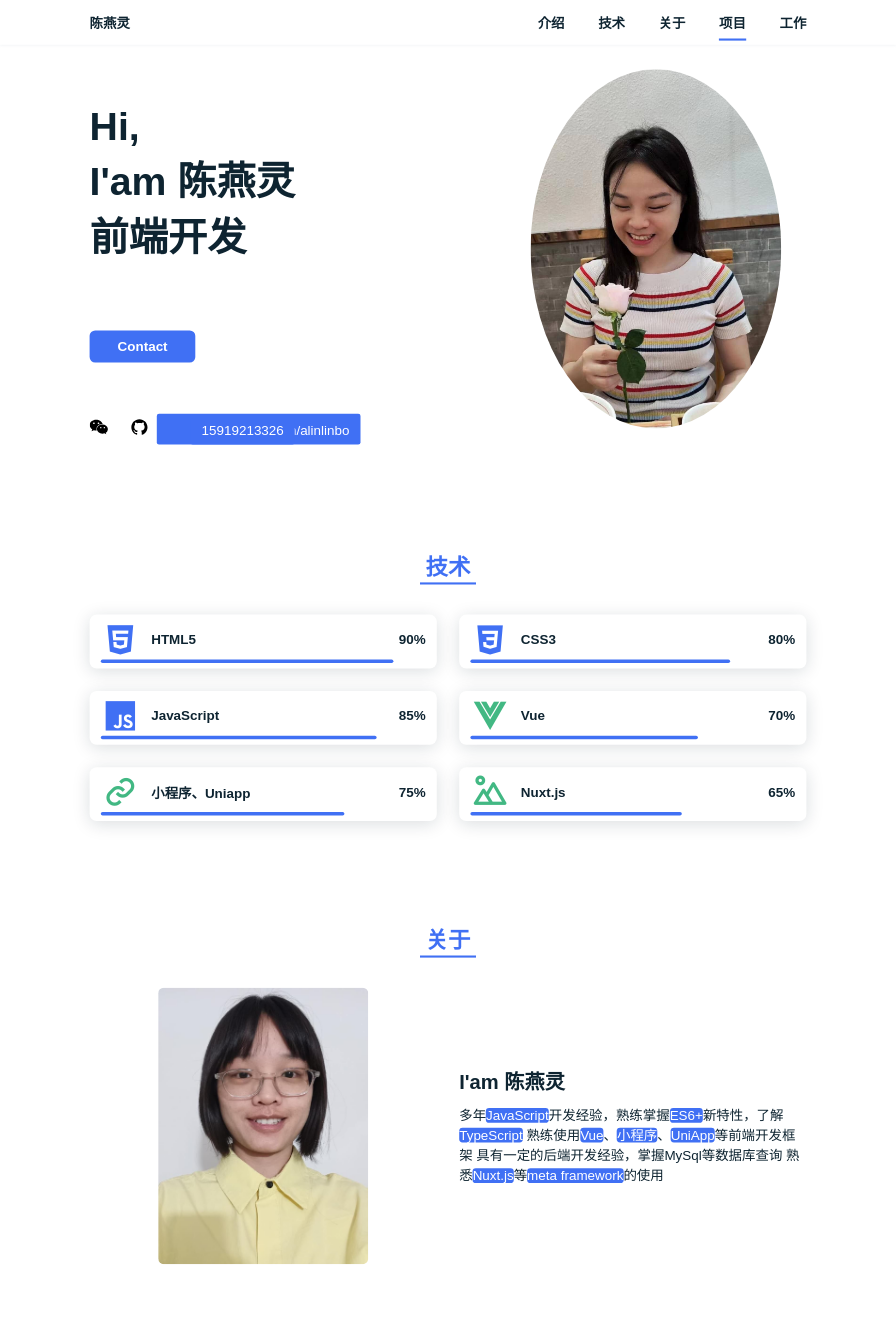
Repository: alinlinbo/yanling-resume-site
Page: index.html
These files come from the project's save history. The page is drawn as it stood at one moment and after the next save; the edit follows.
The browser window is 1280 px wide. The pictures show the part of the page from y = 0 to 1920 px (the page is 3770 px tall), at 70% of full size.

Above is the page before, as saved 2023-09-18 19:45:51.

### index.html
<!DOCTYPE html>
<html lang="en">

<head>
    <meta charset="UTF-8">
    <meta name="viewport" content="width=device-width, initial-scale=1.0">

    <link rel="stylesheet" href="assets/css/style.css">
    <link href='https://unpkg.com/boxicons@2.1.4/css/boxicons.min.css' rel='stylesheet'>
    <link rel="stylesheet" href="https://cdnjs.cloudflare.com/ajax/libs/font-awesome/5.15.4/css/all.min.css" />
    <title>陈燕灵简历网站</title>

</head>

<body>
    <!-- header -->

    <header class="l-header">
        <nav class="nav bd-grid">
            <div>
                <a href="#" class="nav__logo">陈燕灵</a>
            </div>

            <div class="nav__menu" id="nav-menu">
                <ul class="nav__list">
                    <li class="nav__item">
                        <a href="#home" class="nav__link active">介绍</a>
                    </li>
                    <li class="nav__item">
                        <a href="#skills" class="nav__link">技术</a>
                    </li>
                    <li class="nav__item">
                        <a href="#about" class="nav__link">关于</a>
                    </li>
                    <li class="nav__item">
                        <a href="#project" class="nav__link">项目</a>
                    </li>
                    <li class="nav__item">
                        <a href="#work" class="nav__link">工作</a>
                    </li>

                    <!-- <li class="nav__item">
                        <a href="#contact" class="nav__link">Contact</a>
                    </li> -->
                </ul>
            </div>
            <div class="nav__toggle" id="nav-toggle">
                <svg class="icon svg-icon" aria-hidden="true">
                    <use xlink:href="#icon-list"></use>
                </svg>
            </div>
        </nav>
    </header>

    <main class="l-main">
        <!-- hrme -->
        <section class="home section bd-grid" id="home">
            <div class="home__data">
                <h1 class="home__title">
                    Hi,<br>I'am <span class="home__title-color">陈燕灵</span><br> 前端开发
                </h1>
                <h1 class="phone">电话：15919213326</h1>
                <a href="#" style="position: relative; z-index: 10;" class="button" id="contact">Contact</a>
            </div>
            <div class="home__social">
                <a href="#" class="home__social-icon" id="wechat">
                    <svg class="svg-icon-home icon" aria-hidden="true">
                        <use xlink:href="#icon-weixin"></use>
                    </svg>
                </a>

                <a href="#" class="home__social-icon">
                    <svg class="svg-icon-home icon" aria-hidden="true">
                        <use xlink:href="#icon-github-fill"></use>
                    </svg>
                    <div class=" home__git">
                        <a href="https://github.com/alinlinbo">https://github.com/alinlinbo</a>
                    </div>
                </a>
                <a href="#" class="home__social-icon">
                    <svg class="svg-icon-home svg-icon icon" aria-hidden="true">
                        <use xlink:href="#icon-phone"></use>
                    </svg>
                    <div class=" home__phone">
                        <div>15919213326</div>
                    </div>
                </a>
                <div class=" home__code">
                    <img src="assets/img/wechat_code.png" alt="">
                </div>


            </div>

            <div class="home__img">
                <img class="home__img" src="assets/img/head1.jpg" alt="">
            </div>
        </section>

        <section class="skills section" id="skills">
            <h2 class="section-title">技术</h2>

            <div class="project__container bd-grid">
                <div class="skills__data">
                    <div class="skills__item">
                        <div class="skill__introduce">
                            <div class="skills__intr__r">
                                <i class='bx bxl-html5 skills__icon'></i><span>HTML5</span>
                            </div>

                            <div class="skills__bar">90%</div>
                        </div>

                        <div class="skills__line skills__line90"></div>
                    </div>
                </div>
                <div class="skills__data">
                    <div class="skills__item">
                        <div class="skill__introduce">
                            <div class="skills__intr__r">
                                <i class='bx bxl-css3 skills__icon'></i><span>CSS3</span>
                            </div>

                            <div class="skills__bar">80%</div>
                        </div>

                        <div class="skills__line80 skills__line"></div>
                    </div>
                </div>
                <div class="skills__data">
                    <div class="skills__item">
                        <div class="skill__introduce">
                            <div class="skills__intr__r">
                                <i class='bx bxl-javascript skills__icon'></i><span>JavaScript</span>
                            </div>

                            <div class="skills__bar">85%</div>
                        </div>

                        <div class="skills__line85 skills__line"></div>
                    </div>
                </div>
                <div class="skills__data">
                    <div class="skills__item">
                        <div class="skill__introduce">
                            <div class="skills__intr__r">
                                <i class='bx bxl-vuejs skills__icon color-vue'></i><span>Vue</span>
                            </div>

                            <div class="skills__bar">70%</div>
                        </div>

                        <div class="skills__line70 skills__line"></div>
                    </div>
                </div>
                <div class="skills__data">
                    <div class="skills__item">
                        <div class="skill__introduce">
                            <div class="skills__intr__r">
                                <i class='bx bx-link skills__icon color-vue'></i><span>小程序、Uniapp</span>
                            </div>

                            <div class="skills__bar">75%</div>
                        </div>

                        <div class=" skills__line skills__line75"></div>
                    </div>
                </div>
                <div class="skills__data">
                    <div class="skills__item">
                        <div class="skill__introduce">
                            <div class="skills__intr__r">
                                <i class='bx bx-landscape skills__icon color-vue'></i><span>Nuxt.js</span>
                            </div>

                            <div class="skills__bar">65%</div>
                        </div>

                        <div class=" skills__line skills__line65"></div>
                    </div>
                </div>
            </div>
        </section>
        <section class="about section" id="about">
            <h2 class="section-title">关于</h2>
            <div class="about__container bd-grid">
                <div class="about__img">
                    <img src="assets/img/about.jpg" alt="">
                </div>
                <div>
                    <h2 class="about__subtitle">I'am 陈燕灵</h2>
                    <p class="about__text">
                        多年<span>JavaScript</span>开发经验，熟练掌握<span>ES6+</span>新特性，了解<span>TypeScript</span>
                        熟练使用<span>Vue</span>、<span>小程序</span>、<span>UniApp</span>等前端开发框架
                        具有一定的后端开发经验，掌握<soan>MySql</soan>等数据库查询
                        熟悉<span>Nuxt.js</span>等<span>meta framework</span>的使用</p>
                </div>
        </section>

        <section class="project section" id="project">
            <h2 class="section-title">项目</h2>
            <div class="project__container bd-grid">
                <div class="project__data">
                    <div class="project__item">
                        <h2 class="project__subtitle">个人线上简历</h2>
                        <span class="project__text">使用Css和JavaScript开发的个人线上简历，利用媒体查询和Rem特性同时适配了PC端和移动端，且实现了一些动画</span>
                    </div>
                </div>
                <div class="project__data">
                    <div class="project__item">
                        <h2 class="project__subtitle">润通联合云管家</h2>
                        <span
                            class="project__text">基于uniapp框架开发的微信小程序的缴费小程序。实现了缴费、房屋管理、报修管理等模块的页面、接口对接以及交互。以及axios封装和导航栏等公用组件的封装。</span>
                    </div>
                </div>
                <div class="project__data">
                    <div class="project__item">
                        <h2 class="project__subtitle">寺院后台管理系统</h2>
                        <span
                            class="project__text">使用jq，bootstrap和vue开发的寺院后台管理系统，实现了文章管理，用户管理,项目管理等模块前端页面的编写与接口的对接，在项目中对ajax请求进行封装，为接口调用添加了拦截器和loading动画，有效减少代码量并提高开发效率</span>
                    </div>
                </div>
                <div class="project__data">
                    <div class="project__item">
                        <h2 class="project__subtitle">寺院公众号项目</h2>
                        <span
                            class="project__text">使用jq开发的微信公众号微站，实现了首页，详情页，我的页面等的接口对接及样式修改，针对业务场景封装底部及顶部导航栏、头部返回等公用组件，提高代码复用</span>
                    </div>
                </div>
                <div class="project__data">
                    <div class="project__item">
                        <h2 class="project__subtitle">1983抽盒机</h2>
                        <span
                            class="project__text">基于原生微信小程序、支付宝小程序商城，项目使用小程序自带的组件，完成了优惠券红包领取、活动页主页、海报分享、抽盲盒等模块的接口对接及样式修改</span>
                    </div>
                </div>
                <div class="project__data">
                    <div class="project__item">
                        <h2 class="project__subtitle">新八佰伴等商城小程序</h2>
                        <span
                            class="project__text">基于uni-app框架开发的微信小程序商城，项目使用uview组件和uni-app自带的组件，完成了购物、详情、提交订单等模块的接口对接及样式修改</span>
                    </div>
                </div>
                <div class="project__data">
                    <div class="project__item">
                        <h2 class="project__subtitle">系统中台</h2>
                        <span class="project__text">基于vue框架，使用ant design组件开发的业务中台,完成商家参数、进口报关模块的交互与接口对接</span>
                    </div>
                </div>
                <div class="project__data">
                    <div class="project__item">
                        <h2 class="project__subtitle">商城管理后台</h2>
                        <span
                            class="project__text">使用vue框架和element-ui开发的商城管理后台，实现了优惠券、文章管理、会员管理等模块部分接口对接与前端小程序页面的编写</span>
                    </div>
                </div>
        </section>

        <section class="work section" id="work">
            <h2 class="section-title">工作</h2>
            <div class="work__container bd-grid">

                <div class="work__data">
                    <div class="work__name">
                        <i class='bx bx-buildings work__icon'></i>
                        <span class="work__name">珠海齐润科技有限公司</span>
                    </div>
                    <div class="work__name">
                        <i class='bx bxs-briefcase-alt-2 work__icon'></i>
                        <span class="work__name">负责使用 Uniapp 开发小程序，以及使用 Vue 开发后台项目。</span>
                    </div>
                    <div class="work__name">
                        <i class='bx bx-time-five work__icon'></i>
                        <span class="work__name">2022-08~2022-01</span>
                    </div>
                </div>
                <div class="work__data">
                    <div class="work__name">
                        <i class='bx bx-buildings work__icon'></i>
                        <span class="work__name">珠海唐佛科技有限公司</span>
                    </div>
                    <div class="work__name">
                        <i class='bx bxs-briefcase-alt-2 work__icon'></i>
                        <span class="work__name">负责使用vue和jquery开发微信公众号、微站和后台管理。</span>
                    </div>
                    <div class="work__name">
                        <i class='bx bx-time-five work__icon'></i>
                        <span class="work__name">2021-03~2022-07</span>
                    </div>
                </div>
                <div class="work__data">
                    <div class="work__name">
                        <i class='bx bx-buildings work__icon'></i>
                        <span class="work__name">珠海横琴智恒运通网络科技</span>
                    </div>
                    <div class="work__name">
                        <i class='bx bxs-briefcase-alt-2 work__icon'></i>
                        <span class="work__name">负责使用 Uniapp 开发小程序，以及使用 Vue 开发后台项目。</span>
                    </div>
                    <div class="work__name">
                        <i class='bx bx-time-five work__icon'></i>
                        <span class="work__name">2020-11~2021-02</span>
                    </div>
                </div>

            </div>
        </section>
        <!-- <section class="contact section" id="contact">
            <h2 class="section-title">Contact</h2>
            <div class="contact__container bd-grid">
                <form action="" class="contact__form">
                    <input type="text" placeholder="Name" class="contact__input">
                    <input type="email" placeholder="Email" class="contact__input">
                    <label for="contact-message"></label>
                    <textarea id="contact-message" name="message" cols="30" rows="10" class="contact__input"></textarea>

                    <input type="button" value="Enviar" class="contact__button button">
                </form>
            </div>
        </section> -->

    </main>

    <footer class="footer">
        <p class="footer__title">陈燕灵</p>
        <div style="display: none;" class="footer__social">
            <a href="#" class="footer__icon"><i class='bx bxl-facebook'></i></a>
            <a href="#" class="footer__icon"><i class='bx bxl-instagram'></i></a>
            <a href="#" class="footer__icon"><i class='bx bxl-twitter'></i></a>
        </div>
        <p>&#169;2023 copyright</p>
    </footer>
    <script src="https://unpkg.com/scrollreveal"></script>
    <script src="assets/js/main.js"></script>
    <script src="assets/js/iconfont.js"></script>
</body>

</html>

Loaded but not shown: assets/js/iconfont.js (library); assets/js/main.js (159 lines, source omitted); assets/css/style.css (864 lines, source omitted)

After the next save:
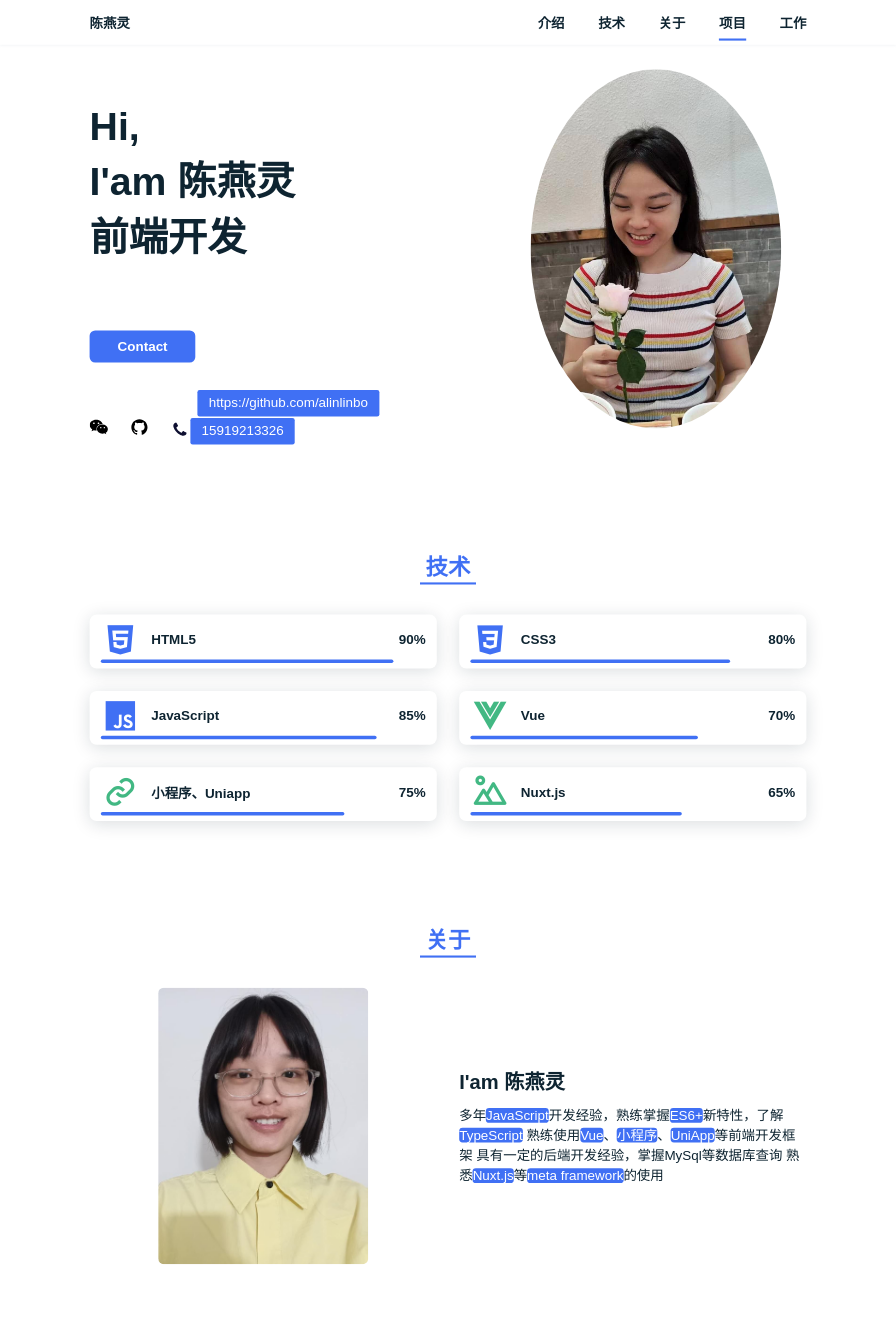
Saved 2 min 37 s later.
--- a/index.html
+++ b/index.html
@@ -68,15 +68,19 @@
                         <use xlink:href="#icon-weixin"></use>
                     </svg>
                 </a>
-
-                <a href="#" class="home__social-icon">
-                    <svg class="svg-icon-home icon" aria-hidden="true">
-                        <use xlink:href="#icon-github-fill"></use>
-                    </svg>
+                <div style="position: relative;">
+                    <a href="#" class="home__social-icon">
+                        <svg class="svg-icon-home icon" aria-hidden="true">
+                            <use xlink:href="#icon-github-fill"></use>
+                        </svg>
+
+                    </a>
                     <div class=" home__git">
                         <a href="https://github.com/alinlinbo">https://github.com/alinlinbo</a>
                     </div>
-                </a>
+                </div>
+
+
                 <a href="#" class="home__social-icon">
                     <svg class="svg-icon-home svg-icon icon" aria-hidden="true">
                         <use xlink:href="#icon-phone"></use>
